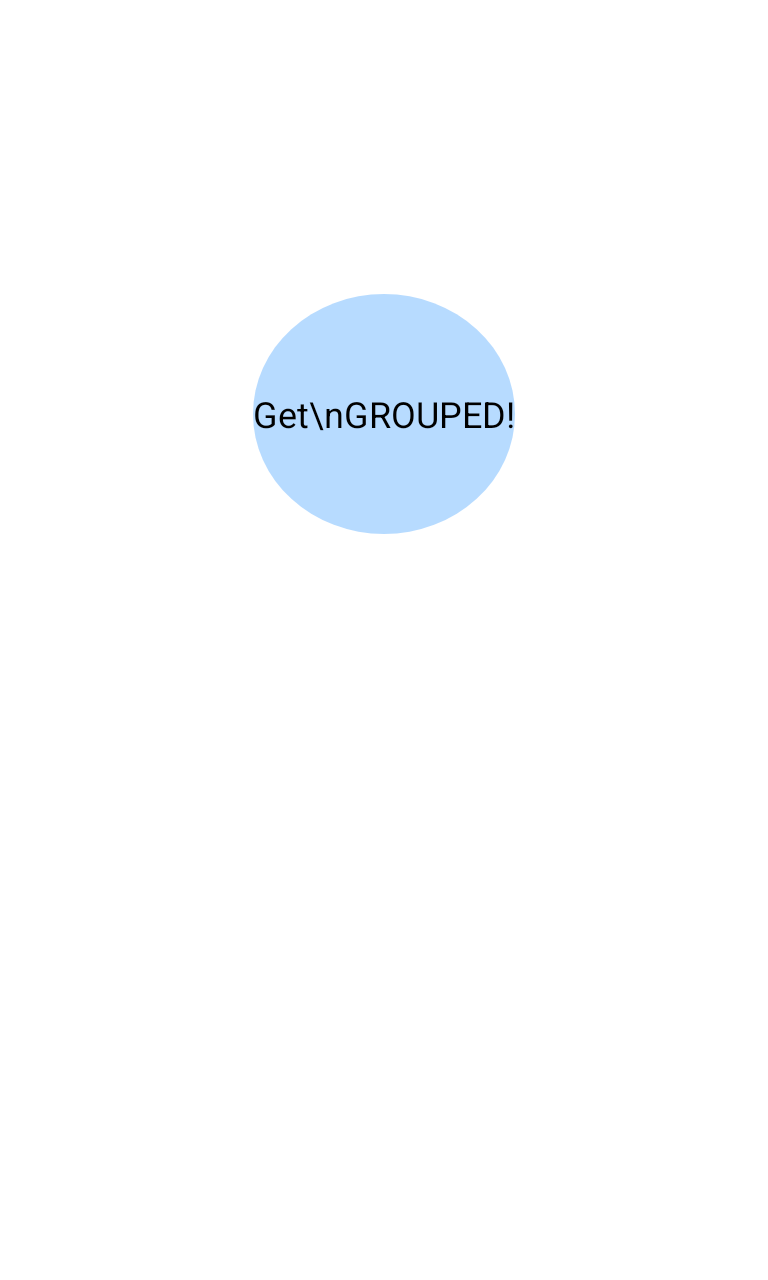
Repository: cs4471/grouped-client
Layout: Grouped/res/layout/activity_main.xml
An editor plug-in stored every save of this project. The layout is shown before and after the next save, followed by the edit.
It is drawn on a 768 x 1280 px phone screen (xhdpi) without system bars, with theme AppTheme; the app's code is not run.

Above is the layout before, as saved 2013-09-27 06:39:41.

After the next save:
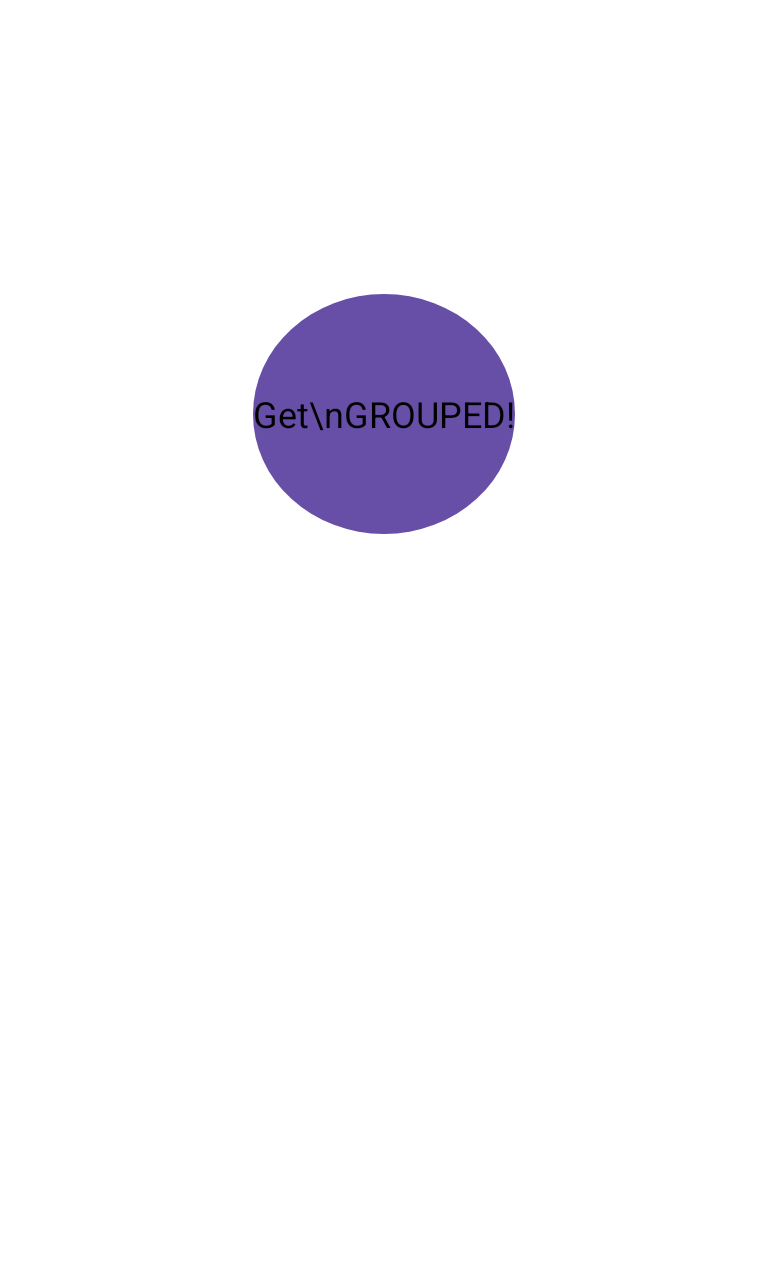
Saved 6 s later.
--- a/Grouped/res/drawable/GetGroupedButton.xml
+++ b/Grouped/res/drawable/GetGroupedButton.xml
@@ -4,7 +4,7 @@
     android:shape="oval">
 
    <solid
-       android:color="#674ea7ff"/>
+       android:color="#674ea7"/>
 
    <size
        android:width="120dp"
